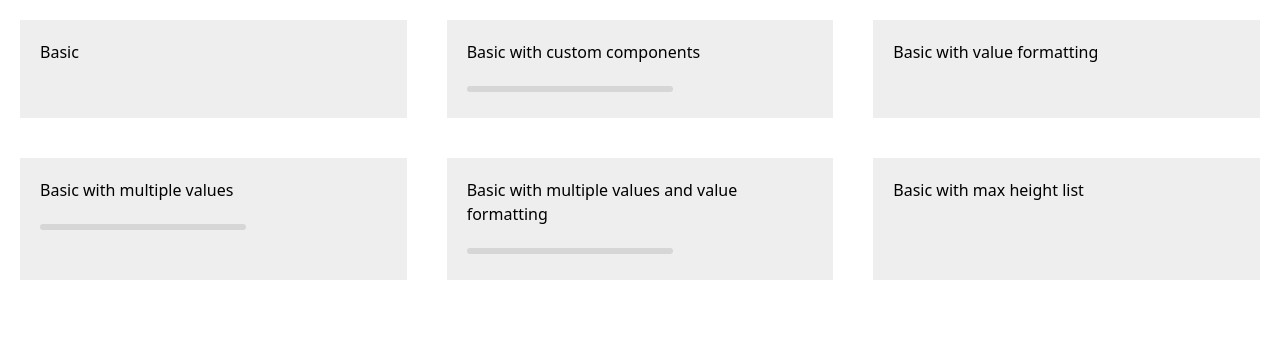
Repository: Frexity/frx-react
Page: / (app in ui/react-select/)
The author's editor kept a copy of each file at every save. The page is drawn from the files as they stood at one save, then again after the next save.
The browser window is 1280 px wide. The pictures show the whole page.
Some web libraries are served in a nearby version. The project was rebuilt for these pictures with package versions that can differ from the ones it lists, and the page was loaded fresh each time. Also part of the build but not shown: ui/react-select/vite.config.ts, ui/react-select/src/CustomSelectComponents/ListLoadingIndicator.tsx, ui/react-select/src/dummy-components/ControlLoadingIndicator.tsx, ui/react-select/src/dummy-components/ListLoadingIndicator.tsx.

Above is the page before, as saved 2022-08-21 00:47:05.

### ui/react-select/index.html
<!DOCTYPE html>
<html lang="en">
  <head>
    <meta charset="UTF-8" />
    <link rel="icon" type="image/svg+xml" href="/vite.svg" />
    <meta name="viewport" content="width=device-width, initial-scale=1.0" />
    <title>React Select</title>
    <script src="https://cdn.tailwindcss.com/3.1.8"></script>
  </head>
  <body>
    <div id="root"></div>
    <script type="module" src="/src/main.tsx"></script>
  </body>
</html>

### ui/react-select/src/App.tsx
import './styles.css'

import { ClearIndicator } from './CustomSelectComponents/ClearIndicator'
import { Control } from './CustomSelectComponents/Control'
import { ListLoadingIndicator } from './CustomSelectComponents/ListLoadingIndicator'
import { Option } from './CustomSelectComponents/Option'
import { dummyComponents } from './dummy-components'
import { Select } from './Select'
import { AsyncSelect } from './Select/Async'

const options = [
  { label: 'Option 1', value: '1' },
  { label: 'Option 2', value: '2' },
  { label: 'Option 3', value: '3' },
  { label: 'Option 4', value: '4' },
  { label: 'Option 5', value: '5' },
  { label: 'Option 6', value: '6' },
  { label: 'Option 7', value: '7' },
  { label: 'Option 8', value: '8' },
  { label: 'Option 9', value: '9' },
  { label: 'Option 10', value: '10' },
]

const customComponents = {
  Option,
  Control,
  ClearIndicator,
  ListLoadingIndicator,
}

export default function App() {
  return (
    <div className="cards">
      <div className="card">
        <h3>Basic</h3>
        <Select options={options} components={dummyComponents} />
      </div>
      <div className="card">
        <h3>Basic with custom components</h3>
        <Select options={options} components={customComponents} />
      </div>
      <div className="card">
        <h3>Basic with value formatting</h3>
        <Select
          options={options}
          components={dummyComponents}
          valueFormatter={(value) => {
            return value ? `This is value: ${value}` : null
          }}
        />
      </div>
      <div className="card">
        <h3>Basic with multiple values</h3>
        <Select options={options} components={customComponents} canSelectMultipleValues />
      </div>
      <div className="card">
        <h3>Basic with multiple values and value formatting</h3>
        <Select
          options={options}
          components={customComponents}
          canSelectMultipleValues
          valueFormatter={(value) => {
            return value ? `This is value: ${value}` : null
          }}
        />
      </div>
      {/* <div className="card">
        <h3>TODO: Basic with initial value</h3>
        <Select options={options} components={customComponents} canSelectMultipleValues />
      </div> */}
      <div className="card">
        <h3>Basic with max height list</h3>
        <Select
          options={options}
          components={dummyComponents}
          optionsListProps={{
            maxHeight: 150,
          }}
        />
      </div>
      {/* <div className="card">
        <h3>Async</h3>
        <AsyncSelect
          options={options}
          components={dummyComponents}
          asyncOptions={{
            url: 'https://jsonplaceholder.typicode.com/albums',
            startPage: 0,
            perPage: 4,
            queryAttribute: 'page',
            labelAttribute: 'title',
            valueAttribute: 'id',
            loadOnMount: true,
          }}
        />
      </div> */}
      {/* <div className="card">
        <h3>TODO: Async with initial value</h3>
        <AsyncSelect
          options={options}
          components={dummyComponents}
          asyncOptions={{
            url: 'https://jsonplaceholder.typicode.com/albums',
            startPage: 0,
            perPage: 4,
            queryAttribute: 'page',
            labelAttribute: 'title',
            valueAttribute: 'id',
            loadOnMount: true,
          }}
        />
      </div> */}
    </div>
  )
}

### ui/react-select/src/styles.css
.dropdown {
  position: fixed;
  border: 1px solid red;
  display: none;
  z-index: 1;
  background: white;
}

input:focus + .dropdown {
  display: block;
}

.card {
  margin: 20px;
  padding: 20px;
  background-color: #eee;
  overflow: hidden;
  overflow-y: scroll;
}

h3 {
  margin-bottom: 10px;
}

.cards {
  display: grid;
  grid-template-columns: repeat(auto-fill, minmax(400px, 1fr));
}

### ui/react-select/src/CustomSelectComponents/ClearIndicator.tsx
import { memo } from 'react'
import { ClearIndicatorComponentProps } from '../Select/types'

export const ClearIndicator = memo(({ clearIndicatorContainerStyles, onClick }: ClearIndicatorComponentProps) => {
  return (
    <div style={clearIndicatorContainerStyles} onClick={onClick}>
      <svg viewBox="0 0 460.775 460.775" style={{ width: 12, height: 12 }}>
        <path
          fill="#66f"
          d="M285.08,230.397L456.218,59.27c6.076-6.077,6.076-15.911,0-21.986L423.511,4.565c-2.913-2.911-6.866-4.55-10.992-4.55  c-4.127,0-8.08,1.639-10.993,4.55l-171.138,171.14L59.25,4.565c-2.913-2.911-6.866-4.55-10.993-4.55  c-4.126,0-8.08,1.639-10.992,4.55L4.558,37.284c-6.077,6.075-6.077,15.909,0,21.986l171.138,171.128L4.575,401.505  c-6.074,6.077-6.074,15.911,0,21.986l32.709,32.719c2.911,2.911,6.865,4.55,10.992,4.55c4.127,0,8.08-1.639,10.994-4.55  l171.117-171.12l171.118,171.12c2.913,2.911,6.866,4.55,10.993,4.55c4.128,0,8.081-1.639,10.992-4.55l32.709-32.719  c6.074-6.075,6.074-15.909,0-21.986L285.08,230.397z"
        />
      </svg>
    </div>
  )
})

### ui/react-select/src/CustomSelectComponents/Control.tsx
import { ControlComponentProps } from '../Select/types'

export const Control = ({ controlStyles, children }: ControlComponentProps) => {
  return (
    <div
      style={{
        ...controlStyles,
        borderRadius: 5,
        padding: 3,
        backgroundColor: '#d6d6d6',
      }}
    >
      {children}
    </div>
  )
}

### ui/react-select/src/CustomSelectComponents/Option.tsx
import { memo } from 'react'
import { OptionComponentProps } from '../Select/types'

export const Option = memo(({ isSelected, label, onSelect }: OptionComponentProps) => {


  return (
    <li className="text-gray-900 cursor-pointer py-2 pl-3 pr-9 hover:bg-sky-300" onClick={onSelect}>
      <div className="flex items-center">
        <img
          src="https://images.unsplash.com/photo-1491528323818-fdd1faba62cc?ixlib=rb-1.2.1&ixid=eyJhcHBfaWQiOjEyMDd9&auto=format&fit=facearea&facepad=2&w=256&h=256&q=80"
          alt=""
          className="flex-shrink-0 h-6 w-6 rounded-full"
        />
        <span className={`${isSelected ? 'font-bold text-blue-700' : 'font-normal'} ml-3 block truncate`}>{label}</span>
      </div>
    </li>
  )
})

### ui/react-select/src/dummy-components/index.ts
import { Control } from './Control'
import { ClearIndicator } from './ClearIndicator'
import { ControlLoadingIndicator } from './ControlLoadingIndicator'
import { ListLoadingIndicator } from './ListLoadingIndicator'
import { Option } from './Option'

export const dummyComponents = {
  Control,
  ClearIndicator,
  ControlLoadingIndicator,
  ListLoadingIndicator,
  Option,
}

### ui/react-select/src/Select/index.tsx
import { InnerSelect } from './common'
import { SelectProvider } from './Context'
import { OutsideClickHandler } from './OutsideClickHandler'
import { SelectProps } from './types'

export const Select = ({
  valueFormatter,
  options,
  components,
  optionsDropdownProps,
  optionsListProps,
  canSelectMultipleValues,
}: Omit<SelectProps, 'asyncOptions'>) => {
  // const [o, setO] = useState(options);

  // Test setting options from outside the context/component
  /*
  useEffect(() => {
    setTimeout(() => {
      setO([{ label: "New", value: "x" }]);
    }, 2000);
  }, []);
  console.log({ o });
  */

  return (
    <SelectProvider value={{ options }}>
      <OutsideClickHandler>
        <InnerSelect
          valueFormatter={valueFormatter}
          components={components}
          optionsDropdownProps={optionsDropdownProps}
          optionsListProps={optionsListProps}
          canSelectMultipleValues={canSelectMultipleValues}
        />
      </OutsideClickHandler>
    </SelectProvider>
  )
}

### ui/react-select/src/dummy-components/Control.tsx
import { ControlComponentProps } from '../Select/types'

export const Control = ({ controlStyles, children }: ControlComponentProps) => {
  return <div style={controlStyles}>{children}</div>
}

### ui/react-select/src/dummy-components/ClearIndicator.tsx
import { memo } from 'react'
import { ClearIndicatorComponentProps } from '../Select/types'

export const ClearIndicator = memo(({ clearIndicatorContainerStyles, onClick }: ClearIndicatorComponentProps) => {
  return (
    <div style={clearIndicatorContainerStyles} onClick={onClick}>
      X
    </div>
  )
})

### ui/react-select/src/dummy-components/Option.tsx
import { memo } from 'react'
import { OptionComponentProps } from '../Select/types'

export const Option = memo(({ isSelected, label, onSelect }: OptionComponentProps) => {
  return (
    <div style={{ fontWeight: isSelected ? 'bold' : 'normal' }} onClick={onSelect}>
      {label}
    </div>
  )
})

### ui/react-select/src/Select/common.tsx
import { useContext } from 'react'
import { SelectProps } from './types'
import { ClearIndicator } from './ClearIndicator'
import { SelectContext } from './Context'
import { Input } from './Input'
import { Options } from './Options'
import { OptionsDropdown } from './OptionsDropdown'
import { OptionsList } from './OptionsList'
import { selectStyles } from './styles'

export const InnerSelect = ({
  valueFormatter,
  components,
  optionsDropdownProps,
  optionsListProps,
  asyncOptions,
  AsyncHandler,
  canSelectMultipleValues,
}: Omit<SelectProps, 'options'> & { AsyncHandler?: any }) => {
  const { state } = useContext<any>(SelectContext)

  return (
    <>
      <components.Control controlStyles={selectStyles.control}>
        <Input valueFormatter={valueFormatter} />
        {components.ClearIndicator && <ClearIndicator ClearIndicatorComponent={components.ClearIndicator} />}
        {components.ControlLoadingIndicator && <components.ControlLoadingIndicator isVisible={state.isLoading} />}
      </components.Control>
      <OptionsDropdown optionsDropdownProps={optionsDropdownProps}>
        {components.ListLoadingIndicator && (
          <components.ListLoadingIndicator isVisible={state.isOpen && state.isLoading} />
        )}
        <OptionsList optionsListProps={optionsListProps} isAsync={!!asyncOptions}>
          <Options OptionComponent={components.Option} canSelectMultipleValues={canSelectMultipleValues} />
        </OptionsList>
      </OptionsDropdown>
      {AsyncHandler && <AsyncHandler asyncOptions={asyncOptions} />}
    </>
  )
}

### ui/react-select/src/Select/Context.tsx
import React, { useReducer, createContext, useId, useEffect, PropsWithChildren } from 'react'

function reducer(state: any, action: any) {
  return { ...state, ...action }
}

const SelectContext = createContext({}) as any

const SelectProvider = ({ children, value }: PropsWithChildren<{ value: any }>) => {
  const inputElementId = useId()
  const listElementId = useId()
  const dropdownElementId = useId()

  const initialState = {
    isOpen: false,
    hasReachedBottom: false,
    isLoading: false,
    inputElementId,
    dropdownElementId,
    listElementId,
    options: value.options,
    selectedValues: null,
  }
  const [state, dispatch] = useReducer(reducer, initialState)
  const store = React.useMemo(() => ({ state, dispatch }), [state])

  /*
  TODO:
  - Get scroll ref, to scrollToTop when it opens
  */

  // Update options when they come from the outside
  useEffect(() => {
    dispatch({ options: value.options })
  }, [value.options])

  return <SelectContext.Provider value={store}>{children}</SelectContext.Provider>
}

export { SelectContext, SelectProvider }

### ui/react-select/src/Select/OutsideClickHandler.tsx
import { memo, ReactNode, useContext, useEffect, useRef } from 'react'
import { SelectContext } from './Context'

interface OutsideClickHandlerProps {
  children: ReactNode
}

const useOutsideClick = (callback: any) => {
  const ref = useRef<any>()

  useEffect(() => {
    const handleClick = (event: MouseEvent) => {
      if (ref.current && !ref.current.contains(event.target)) {
        callback()
      }
    }

    document.addEventListener('mousedown', handleClick, true)

    return () => {
      document.removeEventListener('mousedown', handleClick, true)
    }
  }, [ref, callback])

  return ref
}

export const OutsideClickHandler = memo(({ children }: OutsideClickHandlerProps) => {
  const { dispatch } = useContext<any>(SelectContext)

  const ref = useOutsideClick(() => {
    dispatch({ isOpen: false })
  })

  return <span ref={ref}>{children}</span>
})

### ui/react-select/src/Select/ClearIndicator.tsx
import { ComponentType, useCallback, useContext } from 'react'
import { SelectContext } from './Context'

import { selectStyles } from './styles'
import { ClearIndicatorComponentProps } from './types'

interface ClearIndicatorProps {
  ClearIndicatorComponent: ComponentType<ClearIndicatorComponentProps>
}

export const ClearIndicator = ({ ClearIndicatorComponent }: ClearIndicatorProps) => {
  const { state, dispatch } = useContext<any>(SelectContext)

  const handleClick = useCallback(() => {
    dispatch({ selectedValue: null })
  }, [dispatch])

  return (
    <span style={{ display: state.selectedValues ? 'initial' : 'none' }}>
      <ClearIndicatorComponent
        onClick={handleClick}
        selectedValues={state.selectedValues}
        clearIndicatorContainerStyles={selectStyles.clearIndicator}
      />
    </span>
  )
}

### ui/react-select/src/Select/Input.tsx
import { useContext, useCallback, memo } from 'react'
import { SelectContext } from './Context'
import { SelectProps } from './types'

interface InnerInputProps {
  valueFormatter: SelectProps['valueFormatter']
  selectedValues: string
  id: string
  onFocus: () => void
}

const InnerInput = memo(({ valueFormatter, selectedValues, id, onFocus }: InnerInputProps) => {
  const formattedValue = valueFormatter ? valueFormatter(selectedValues) : selectedValues

  return (
    <div
      id={id}
      // type="text"
      // placeholder="hej"
      onFocus={onFocus}
      // value={formattedValue || ''}
      style={{ width: 200, backgroundColor: '#fff' }}
    >
      {formattedValue}
    </div>
  )
})

export const Input = memo(({ valueFormatter }: Pick<SelectProps, 'valueFormatter'>) => {
  const { state, dispatch } = useContext<any>(SelectContext)

  const onFocus = useCallback(() => {
    dispatch({ isOpen: true })
  }, [dispatch])

  return (
    <InnerInput
      selectedValues={state.selectedValues}
      id={state.inputElementId}
      onFocus={onFocus}
      valueFormatter={valueFormatter}
    />
  )
})

### ui/react-select/src/Select/Options.tsx
import { memo, useCallback, useContext } from 'react'
import { SelectContext } from './Context'
import { OptionType, SelectComponents } from './types'
import { toggleValue } from './utils'

interface InnerOptionsProps {
  OptionComponent: any
  onSelect: any
  options: any
  selectedValues: any
}

const InnerOptions = memo(({ selectedValues, options, onSelect, OptionComponent }: InnerOptionsProps) => {
  return (
    <>
      {options.map((option: OptionType) => {
        const isSelected = selectedValues === option.value
        return (
          <OptionComponent
            key={option.value}
            label={option.label}
            value={option.value}
            isSelected={isSelected}
            onSelect={() => {
              onSelect(option.value)
            }}
          />
        )
      })}
    </>
  )
})

interface OptionsProps {
  OptionComponent: SelectComponents['Option']
  canSelectMultipleValues: boolean | undefined
}

export const Options = ({ OptionComponent, canSelectMultipleValues }: OptionsProps) => {
  const { state, dispatch } = useContext<any>(SelectContext)

  const onSelect = useCallback(
    (value: string) => {
      if (canSelectMultipleValues) {
        const newValues = toggleValue({ value, selectedValues: state.selectedValues })
        dispatch({ selectedValues: newValues, isOpen: false })
        return
      }
      dispatch({ selectedValues: value, isOpen: false })
    },
    [dispatch, state.selectedValues, canSelectMultipleValues],
  )

  return (
    <InnerOptions
      options={state.options}
      OptionComponent={OptionComponent}
      selectedValues={state.selectedValues}
      onSelect={onSelect}
    />
  )
}

### ui/react-select/src/Select/OptionsDropdown.tsx
import { SelectContext } from './Context'
import { ReactNode, useContext, useEffect } from 'react'

import { getScrollParent, normalizedHeight, setMenuPosition } from './utils'
import { SelectProps } from './types'

interface OptionsDropdownProps {
  children: ReactNode
  optionsDropdownProps?: SelectProps['optionsDropdownProps']
}

export const OptionsDropdown = ({ children }: OptionsDropdownProps) => {
  const { state } = useContext<any>(SelectContext)

  // TODO: Reposition on window resize
  useEffect(() => {
    // TODO: Get unique ID instead
    const dropdown = document.getElementById(state.dropdownElementId)
    if (!dropdown) {
      return
    }

    const input = document.getElementById(state.inputElementId)
    if (!input) {
      return
    }
    if (!state.isOpen) {
      dropdown.style.display = 'none'
      return
    }

    const parent = getScrollParent(input)

    const style = getComputedStyle(input)

    const borderTopWidth = parseInt(style.borderTopWidth, 10) || 0
    const borderLeftWidth = parseInt(style.borderLeftWidth, 10) || 0
    const borderBottomWidth = parseInt(style.borderBottomWidth, 10) || 0
    const inputHeight = normalizedHeight(input) + borderTopWidth + borderBottomWidth

    setMenuPosition(dropdown, input, inputHeight, borderLeftWidth)

    function scrollEventHandler(this: HTMLElement) {
      if (!dropdown) {
        return
      }
      setMenuPosition(dropdown, this, inputHeight, borderLeftWidth)
    }

    parent.addEventListener('scroll', scrollEventHandler.bind(input))

    dropdown.style.display = 'initial'
  }, [state.isOpen, state.inputElementId, state.dropdownElementId])

  return (
    <div className="dropdown" id={state.dropdownElementId}>
      {children}
    </div>
  )
}

### ui/react-select/src/Select/OptionsList.tsx
import { SelectContext } from './Context'
import { useContext, memo, useCallback, useEffect, PropsWithChildren } from 'react'
import { scrollIsAtBottom } from './utils'
import { SelectProps } from './types'

interface InnerOptionsListProps {
  isAsync: boolean
  optionsListProps: SelectProps['optionsListProps']
  onReachedBottom: (() => void) | undefined
  listElementId: string
}

const InnerOptionsList = memo(
  ({
    children,
    isAsync,
    optionsListProps,
    onReachedBottom,
    listElementId,
  }: PropsWithChildren<InnerOptionsListProps>) => {
    useEffect(() => {
      if (!isAsync) {
        return
      }
      const element = document.getElementById(listElementId)
      if (!element) {
        return
      }

      function checkIfAtBottom() {
        if (element && scrollIsAtBottom(element)) {
          onReachedBottom && onReachedBottom()
        }
      }
      element.addEventListener('scroll', checkIfAtBottom)

      return () => {
        element.removeEventListener('scroll', checkIfAtBottom)
      }
    }, [onReachedBottom, listElementId, isAsync])

    return (
      <div
        id={listElementId}
        style={{
          maxHeight: optionsListProps?.maxHeight || 'unset',
          overflowY: optionsListProps?.maxHeight ? 'scroll' : 'unset',
        }}
      >
        <ul>{children}</ul>
      </div>
    )
  },
)

interface OptionsListProps {
  isAsync: boolean
  optionsListProps: any
}

export const OptionsList = ({ children, optionsListProps, isAsync }: PropsWithChildren<OptionsListProps>) => {
  const { state, dispatch } = useContext<any>(SelectContext)

  const onReachedBottom = useCallback(() => {
    if (state.hasReachedBottom) {
      return
    }
    dispatch({ hasReachedBottom: true })
  }, [dispatch, state.hasReachedBottom])

  return (
    <InnerOptionsList
      isAsync={isAsync}
      optionsListProps={optionsListProps}
      onReachedBottom={isAsync ? onReachedBottom : undefined}
      listElementId={state.listElementId}
    >
      {children}
    </InnerOptionsList>
  )
}

### ui/react-select/src/Select/styles.ts
export const selectStyles = {
  clearIndicator: {
    position: 'absolute',
    top: 0,
    right: 0,
    bottom: 0,
    display: 'flex',
    padding: '0 7px',
    justifyContent: 'center',
    alignItems: 'center',
    cursor: 'pointer',
  },
  control: {
    position: 'relative',
    display: 'inline-block',
  },
}

### ui/react-select/src/Select/utils.ts
export function getScrollParent(element: HTMLElement) {
  let style = window.getComputedStyle(element)
  const excludeStaticParent = style.position === 'absolute'
  const overflowRx = /(auto|scroll)/
  const documentElement = document.documentElement

  if (style.position === 'fixed') {
    return documentElement
  }

  // eslint-disable-next-line @typescript-eslint/ban-ts-comment
  // @ts-ignore
  for (let parent = element; (parent = parent.parentElement); ) {
    style = window.getComputedStyle(parent)
    if (excludeStaticParent && style.position === 'static') {
      continue
    }
    if (overflowRx.test(style.overflow + style.overflowY + style.overflowX)) {
      return parent
    }
  }

  return documentElement
}

export function getScrollTop(el: HTMLElement) {
  if (isDocumentElement(el)) {
    return window.scrollY
  }
  return el.scrollTop
}

export function normalizedHeight(el: HTMLElement) {
  if (isDocumentElement(el)) {
    return window.innerHeight
  }

  return el.clientHeight
}

export function isDocumentElement(el: HTMLElement) {
  return [document.documentElement, document.body, window].indexOf(el) > -1
}

// https://github.com/JedWatson/react-select/blob/b0411ff46bc1ecf45d9bca4fb58fbce1e57f847c/packages/react-select/src/internal/useScrollCapture.js

export function setMenuPosition(dropdown: HTMLElement, element: HTMLElement, inputHeight: number, leftOffset: number) {
  // Done with JS instead of React, otherwise it will lag behind
  const offset = element.getBoundingClientRect()
  const top = offset.top
  const left = offset.left
  dropdown.style.top = `${top + inputHeight}px`
  dropdown.style.left = `${left + leftOffset}px`
}

export function scrollIsAtBottom(node: HTMLElement) {
  return node.scrollTop + node.offsetHeight === node.scrollHeight
}

export function sleep(ms: number) {
  return new Promise((resolve) => setTimeout(resolve, ms))
}

export function toggleValue({ value, selectedValues }: { value: string; selectedValues: string[] | null }) {
  const wrappedSelectedValues = selectedValues ? [...selectedValues] : []
  if (wrappedSelectedValues.includes(value)) {
    return wrappedSelectedValues.filter((v) => v !== value)
  }
  return [...wrappedSelectedValues, value]
}

Loaded but not shown: ui/react-select/src/main.tsx (common file)

After the next save:
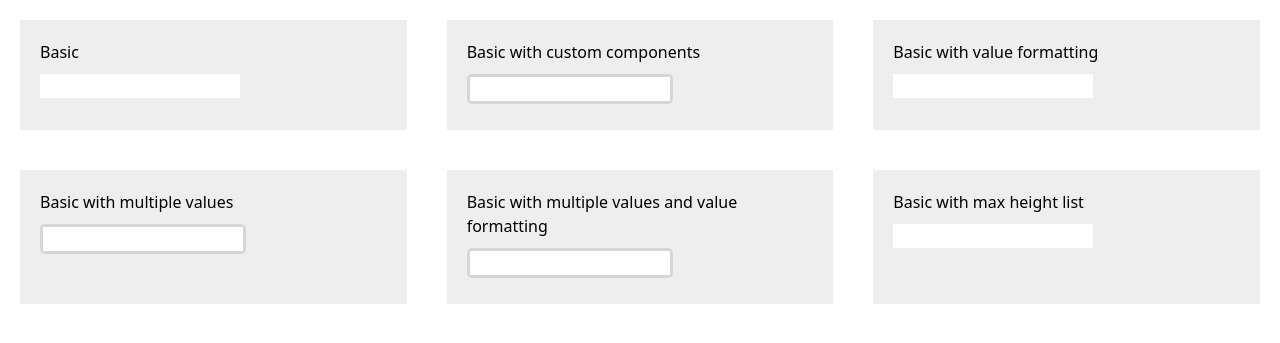
Saved 14 s later.
--- a/ui/react-select/src/Select/Input.tsx
+++ b/ui/react-select/src/Select/Input.tsx
@@ -19,7 +19,7 @@ const InnerInput = memo(({ valueFormatter, selectedValues, id, onFocus }: InnerI
       // placeholder="hej"
       onFocus={onFocus}
       // value={formattedValue || ''}
-      style={{ width: 200, backgroundColor: '#fff' }}
+      style={{ width: 200, backgroundColor: '#fff', height: 24 }}
     >
       {formattedValue}
     </div>
